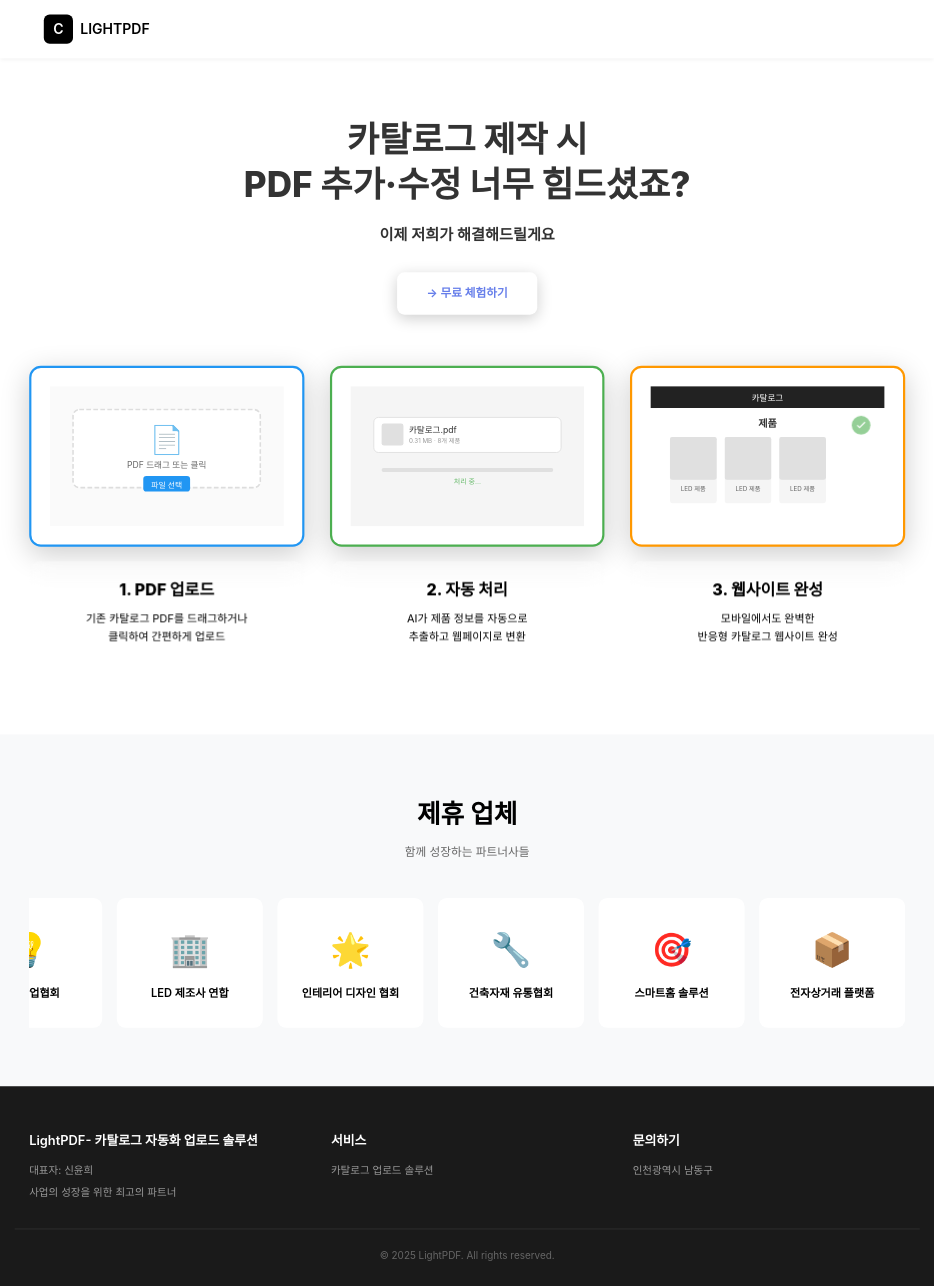
Repository: ororso11/catamaster
Page: index.html
These files come from the project's save history. The page is drawn as it stood at one moment and after the next save; the edit follows.
The browser window is 1280 px wide. The pictures show the whole page, at 73% of full size.

Above is the page before, as saved 2025-10-05 00:50:23.

### index.html
<!DOCTYPE html>
<html lang="ko">
<head>
    <meta charset="UTF-8">
    <meta name="viewport" content="width=device-width, initial-scale=1.0">
    <title>LIGHTPDF - 카탈로그 자동화 업로드 솔루션</title>
    <link rel="stylesheet" href="style.css">
</head>
<body>
    <header>
        <div class="header-container">
            <div class="logo">
                <div class="logo-icon">C</div>
                <span>LIGHTPDF</span>
            </div>
        </div>
    </header>

    <section class="hero">
        <div class="hero-content">
            <h1>카탈로그 제작 시<br>PDF 추가·수정 너무 힘드셨죠?</h1>
            <p class="subtitle">이제 저희가 해결해드릴게요</p>
            <a href="dashboard.html" class="cta-button">→ 무료 체험하기</a>

            <div class="process-container">
                <!-- Step 1 -->
                <div class="process-card">
                    <div class="card-inner card-1">
                        <svg viewBox="0 0 300 180" xmlns="http://www.w3.org/2000/svg">
                            <rect fill="#fafafa" width="300" height="180"/>
                            <rect x="30" y="30" width="240" height="100" rx="8" fill="white" stroke="#ddd" stroke-width="2" stroke-dasharray="6,3"/>
                            <text class="upload-icon" x="150" y="80" text-anchor="middle" font-size="35">📄</text>
                            <text x="150" y="105" text-anchor="middle" fill="#666" font-size="11">PDF 드래그 또는 클릭</text>
                            <rect x="120" y="115" width="60" height="20" rx="4" fill="#2196F3"/>
                            <text x="150" y="130" text-anchor="middle" fill="white" font-size="10">파일 선택</text>
                        </svg>
                    </div>
                    <div class="card-description">
                        <h3>1. PDF 업로드</h3>
                        <p>기존 카탈로그 PDF를 드래그하거나<br>클릭하여 간편하게 업로드</p>
                    </div>
                </div>

                <!-- Step 2 -->
                <div class="process-card">
                    <div class="card-inner card-2">
                        <svg viewBox="0 0 300 180" xmlns="http://www.w3.org/2000/svg">
                            <rect fill="#f5f5f5" width="300" height="180"/>
                            <rect x="30" y="40" width="240" height="45" rx="6" fill="white" stroke="#ddd"/>
                            <rect x="40" y="48" width="28" height="28" rx="3" fill="#e0e0e0"/>
                            <text x="75" y="60" fill="#333" font-size="11">카탈로그.pdf</text>
                            <text x="75" y="73" fill="#999" font-size="8">0.31 MB · 8개 제품</text>
                            <rect x="40" y="105" width="220" height="5" rx="2.5" fill="#e0e0e0"/>
                            <rect class="progress-bar" x="40" y="105" width="0" height="5" rx="2.5" fill="#4CAF50"/>
                            <text class="processing-text" x="150" y="125" text-anchor="middle" fill="#4CAF50" font-size="9">처리 중...</text>
                        </svg>
                    </div>
                    <div class="card-description">
                        <h3>2. 자동 처리</h3>
                        <p>AI가 제품 정보를 자동으로<br>추출하고 웹페이지로 변환</p>
                    </div>
                </div>

                <!-- Step 3 -->
                <div class="process-card">
                    <div class="card-inner card-3">
                        <svg viewBox="0 0 300 180" xmlns="http://www.w3.org/2000/svg">
                            <rect fill="#222" width="300" height="28"/>
                            <text x="150" y="19" text-anchor="middle" fill="white" font-size="11">카탈로그</text>
                            <rect x="8" y="28" width="284" height="144" fill="#fff"/>
                            <text x="150" y="52" text-anchor="middle" fill="#333" font-size="13" font-weight="bold">제품</text>

                            <g class="product-1">
                                <rect x="25" y="65" width="60" height="85" rx="3" fill="#f5f5f5"/>
                                <rect x="25" y="65" width="60" height="55" rx="3" fill="#e0e0e0"/>
                                <text x="55" y="135" text-anchor="middle" fill="#666" font-size="8">LED 제품</text>
                            </g>

                            <g class="product-2">
                                <rect x="95" y="65" width="60" height="85" rx="3" fill="#f5f5f5"/>
                                <rect x="95" y="65" width="60" height="55" rx="3" fill="#e0e0e0"/>
                                <text x="125" y="135" text-anchor="middle" fill="#666" font-size="8">LED 제품</text>
                            </g>

                            <g class="product-3">
                                <rect x="165" y="65" width="60" height="85" rx="3" fill="#f5f5f5"/>
                                <rect x="165" y="65" width="60" height="55" rx="3" fill="#e0e0e0"/>
                                <text x="195" y="135" text-anchor="middle" fill="#666" font-size="8">LED 제품</text>
                            </g>

                            <g class="checkmark">
                                <circle cx="270" cy="50" r="12" fill="#4CAF50"/>
                                <path d="M 265 50 L 268 53 L 275 46" stroke="white" stroke-width="1.5" fill="none"/>
                            </g>
                        </svg>
                    </div>
                    <div class="card-description">
                        <h3>3. 웹사이트 완성</h3>
                        <p>모바일에서도 완벽한<br>반응형 카탈로그 웹사이트 완성</p>
                    </div>
                </div>
            </div>
        </div>
    </section>

    <section class="partners">
        <h2 class="section-title">제휴 업체</h2>
        <p class="section-subtitle">함께 성장하는 파트너사들</p>

        <div class="partners-slider">
            <div class="partners-track">
                <div class="partner-card"><div class="partner-logo">💡</div><div class="partner-name">조명산업협회</div></div>
                <div class="partner-card"><div class="partner-logo">🏢</div><div class="partner-name">LED 제조사 연합</div></div>
                <div class="partner-card"><div class="partner-logo">🌟</div><div class="partner-name">인테리어 디자인 협회</div></div>
                <div class="partner-card"><div class="partner-logo">🔧</div><div class="partner-name">건축자재 유통협회</div></div>
                <div class="partner-card"><div class="partner-logo">🎯</div><div class="partner-name">스마트홈 솔루션</div></div>
                <div class="partner-card"><div class="partner-logo">📦</div><div class="partner-name">전자상거래 플랫폼</div></div>
                <div class="partner-card"><div class="partner-logo">💡</div><div class="partner-name">조명산업협회</div></div>
                <div class="partner-card"><div class="partner-logo">🏢</div><div class="partner-name">LED 제조사 연합</div></div>
                <div class="partner-card"><div class="partner-logo">🌟</div><div class="partner-name">인테리어 디자인 협회</div></div>
                <div class="partner-card"><div class="partner-logo">🔧</div><div class="partner-name">건축자재 유통협회</div></div>
            </div>
        </div>
    </section>

    <footer>
        <div class="footer-content">
            <div class="footer-section">
                <h3>LightPDF- 카탈로그 자동화 업로드 솔루션</h3>
                <p>대표자: 신윤희</p>
                <p>사업의 성장을 위한 최고의 파트너</p>
            </div>
            <div class="footer-section">
                <h3>서비스</h3>
                <p>카탈로그 업로드 솔루션</p>
            </div>
            <div class="footer-section">
                <h3>문의하기</h3>
                <p>인천광역시 남동구</p>
            </div>
        </div>
        <div class="footer-bottom">
            <p>&copy; 2025 LightPDF. All rights reserved.</p>
        </div>
    </footer>
</body>
</html>

### style.css
* {
    margin: 0;
    padding: 0;
    box-sizing: border-box;
}

body {
    font-family: -apple-system, BlinkMacSystemFont, 'Segoe UI', 'Malgun Gothic', sans-serif;
    color: #333;
    line-height: 1.6;
    overflow-x: hidden;
}

/* Header */
header {
    background: white;
    padding: 20px 0;
    box-shadow: 0 2px 5px rgba(0,0,0,0.05);
    position: sticky;
    top: 0;
    z-index: 100;
}

.header-container {
    max-width: 1200px;
    margin: 0 auto;
    padding: 0 20px;
    display: flex;
    justify-content: space-between;
    align-items: center;
}

.logo {
    display: flex;
    align-items: center;
    gap: 10px;
    font-size: 1.2rem;
    font-weight: 600;
    color: #000;
}

.logo-icon {
    width: 40px;
    height: 40px;
    background: #000;
    border-radius: 8px;
    display: flex;
    align-items: center;
    justify-content: center;
    color: white;
    font-size: 1.2rem;
}

/* Hero Section */
.hero {
    /* background: linear-gradient(135deg, #667eea 0%, #764ba2 100%); */
    padding: 80px 20px 100px;
    text-align: center;
}

.hero-content {
    max-width: 1200px;
    margin: 0 auto;
}

.hero h1 {
    font-size: 3rem;
    font-weight: 800;
    margin-bottom: 20px;
    /* color: white; */
    line-height: 1.3;
}

.subtitle {
    font-size: 1.3rem;
    /* color: rgba(255, 255, 255, 0.95); */
    margin-bottom: 35px;
    font-weight: 600;
}

.cta-button {
    display: inline-block;
    padding: 16px 40px;
    background: white;
    color: #667eea;
    text-decoration: none;
    border-radius: 10px;
    font-weight: 700;
    font-size: 1rem;
    transition: all 0.3s;
    box-shadow: 0 5px 20px rgba(0, 0, 0, 0.2);
}

.cta-button:hover {
    transform: translateY(-3px);
    box-shadow: 0 8px 25px rgba(0, 0, 0, 0.3);
}

/* 프로세스 컨테이너 - 크게 부각 */
.process-container {
    margin-top: 70px;
    display: grid;
    grid-template-columns: repeat(3, 1fr);
    gap: 35px;
    max-width: 1200px;
    margin-left: auto;
    margin-right: auto;
}

.process-card {
    text-align: center;
}

.card-inner {
    background: white;
    border-radius: 16px;
    padding: 25px;
    box-shadow: 0 10px 40px rgba(0, 0, 0, 0.2);
    margin-bottom: 20px;
    transition: all 0.4s cubic-bezier(0.175, 0.885, 0.32, 1.275);
    position: relative;
}

.card-1 {
    border: 3px solid #2196F3;
}

.card-2 {
    border: 3px solid #4CAF50;
}

.card-3 {
    border: 3px solid #FF9800;
}

.card-inner:hover {
    transform: translateY(-12px) scale(1.03);
    box-shadow: 0 20px 60px rgba(0, 0, 0, 0.3);
}

.card-inner svg {
    width: 100%;
    height: auto;
    display: block;
}

.card-description {
    background: rgba(255, 255, 255, 0.2);
    border-radius: 14px;
    padding: 22px;
    backdrop-filter: blur(12px);
    transition: all 0.3s;
    color: #000;
}

.process-card:hover .card-description {
    background: rgba(255, 255, 255, 0.3);
    transform: translateY(-5px);
}

.card-description h3 {
    /* color: white; */
    font-size: 22px;
    font-weight: 800;
    margin-bottom: 10px;
}

.card-description p {
    /* color: rgba(255, 255, 255, 0.95); */
    font-size: 15px;
    line-height: 1.6;
}

/* 애니메이션 */
.card-1:hover .upload-icon {
    animation: bounce 1s ease-in-out infinite;
}

@keyframes bounce {
    0%, 100% { transform: translateY(0); }
    50% { transform: translateY(-10px); }
}

.progress-bar {
    animation: fillProgress 2.5s ease-in-out infinite;
}

@keyframes fillProgress {
    0% { width: 0; }
    50% { width: 220px; }
    100% { width: 0; }
}

.processing-text {
    animation: blink 1.5s ease-in-out infinite;
}

@keyframes blink {
    0%, 100% { opacity: 0.3; }
    50% { opacity: 1; }
}

.product-1, .product-2, .product-3 {
    opacity: 0;
    animation: fadeIn 3s ease-in-out infinite;
}

.product-1 {
    animation-delay: 0s;
}

.product-2 {
    animation-delay: 0.4s;
}

.product-3 {
    animation-delay: 0.8s;
}

.checkmark {
    opacity: 0;
    animation: fadeIn 3s ease-in-out infinite;
    animation-delay: 1.5s;
}

@keyframes fadeIn {
    0%, 100% { opacity: 0; }
    30%, 70% { opacity: 1; }
}

/* Partners Section */
.partners {
    padding: 80px 20px;
    background: #f8f9fa;
    overflow: hidden;
}

.section-title {
    text-align: center;
    font-size: 2.2rem;
    color: #000;
    margin-bottom: 12px;
    font-weight: 700;
}

.section-subtitle {
    text-align: center;
    color: #666;
    margin-bottom: 50px;
    font-size: 1rem;
}

.partners-slider {
    max-width: 1200px;
    margin: 0 auto;
    overflow: hidden;
}

.partners-track {
    display: flex;
    gap: 20px;
    animation: scroll 30s linear infinite;
}

@keyframes scroll {
    0% { transform: translateX(0); }
    100% { transform: translateX(-50%); }
}

.partner-card {
    min-width: 200px;
    background: white;
    padding: 35px 20px;
    border-radius: 12px;
    text-align: center;
    flex-shrink: 0;
    transition: all 0.3s;
}

.partner-card:hover {
    transform: translateY(-5px);
    box-shadow: 0 5px 20px rgba(0,0,0,0.1);
}

.partner-logo {
    font-size: 2.8rem;
    margin-bottom: 12px;
}

.partner-name {
    font-weight: 600;
    color: #000;
    font-size: 0.95rem;
}

/* Footer */
footer {
    background: #1a1a1a;
    color: #999;
    padding: 60px 20px 30px;
}

.footer-content {
    max-width: 1200px;
    margin: 0 auto;
    display: grid;
    grid-template-columns: repeat(3, 1fr);
    gap: 40px;
    margin-bottom: 30px;
}

.footer-section h3 {
    margin-bottom: 15px;
    font-size: 1.1rem;
    color: white;
    font-weight: 600;
}

.footer-section p {
    color: #999;
    font-size: 0.9rem;
    margin-bottom: 8px;
}

.footer-bottom {
    text-align: center;
    padding-top: 25px;
    border-top: 1px solid #333;
    color: #666;
    font-size: 0.85rem;
}

/* 반응형 */
@media (max-width: 768px) {
    .hero h1 {
        font-size: 2rem;
    }

    .process-container {
        grid-template-columns: 1fr;
        gap: 40px;
    }

    .footer-content {
        grid-template-columns: 1fr;
    }
}

After the next save:
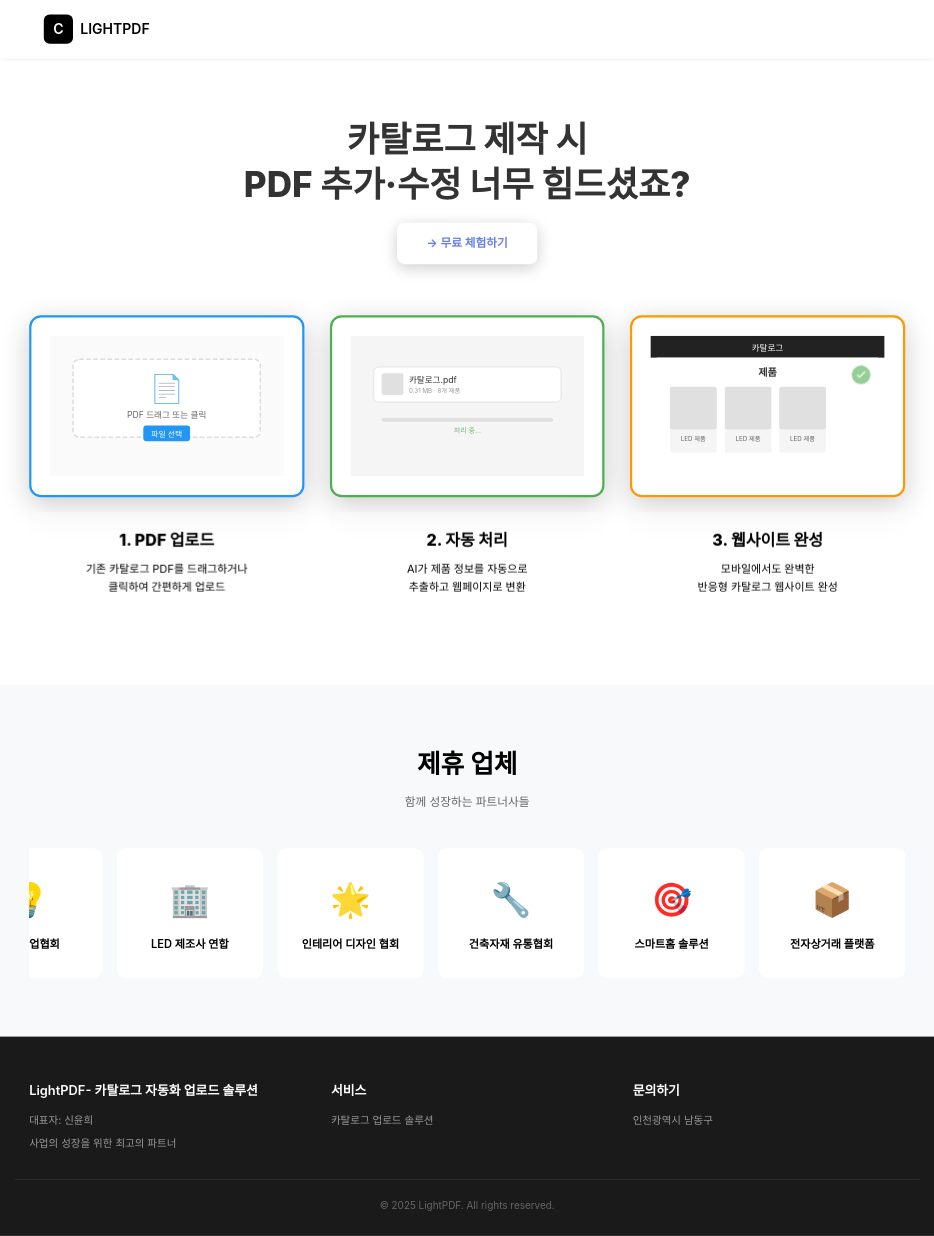
Saved 35 s later.
--- a/index.html
+++ b/index.html
@@ -19,7 +19,6 @@
     <section class="hero">
         <div class="hero-content">
             <h1>카탈로그 제작 시<br>PDF 추가·수정 너무 힘드셨죠?</h1>
-            <p class="subtitle">이제 저희가 해결해드릴게요</p>
             <a href="dashboard.html" class="cta-button">→ 무료 체험하기</a>
 
             <div class="process-container">
